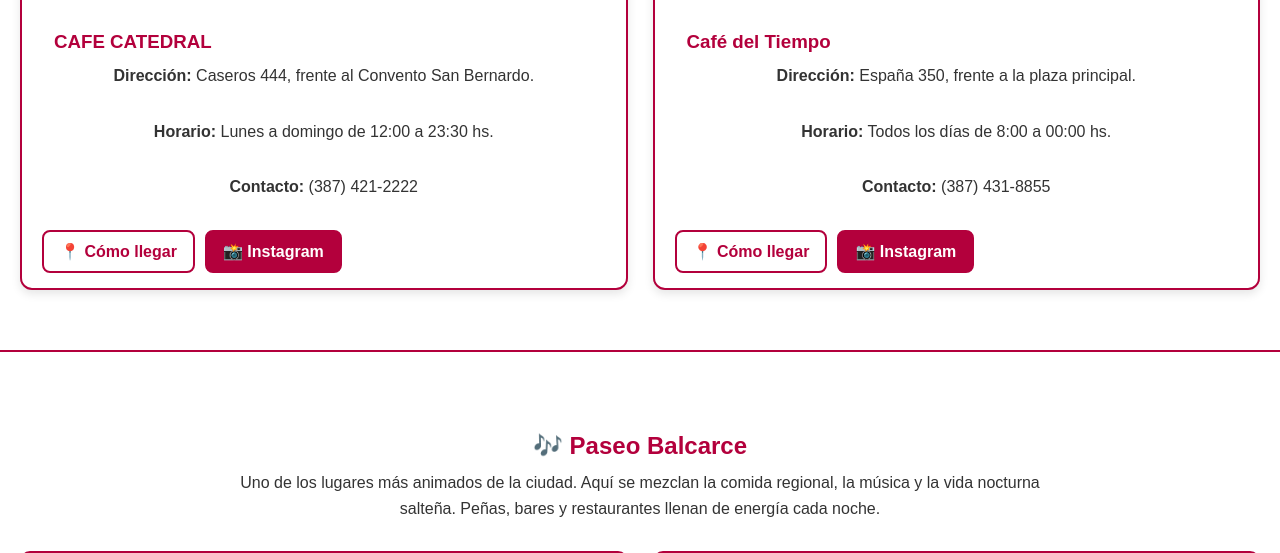
Repository: nahir95/come-en-salta
Page: restaurantes.html
An editor plug-in stored every save of this project. The page is shown before and after the next save, followed by the edit.
The browser window is 1280 px wide. The pictures show the part of the page from y = 735 to 1288 px (the page is 3278 px tall).
Pictures or frames that could not be fetched are drawn as grey boxes.

Above is the page before, as saved 2025-11-11 14:41:51.

After the next save:
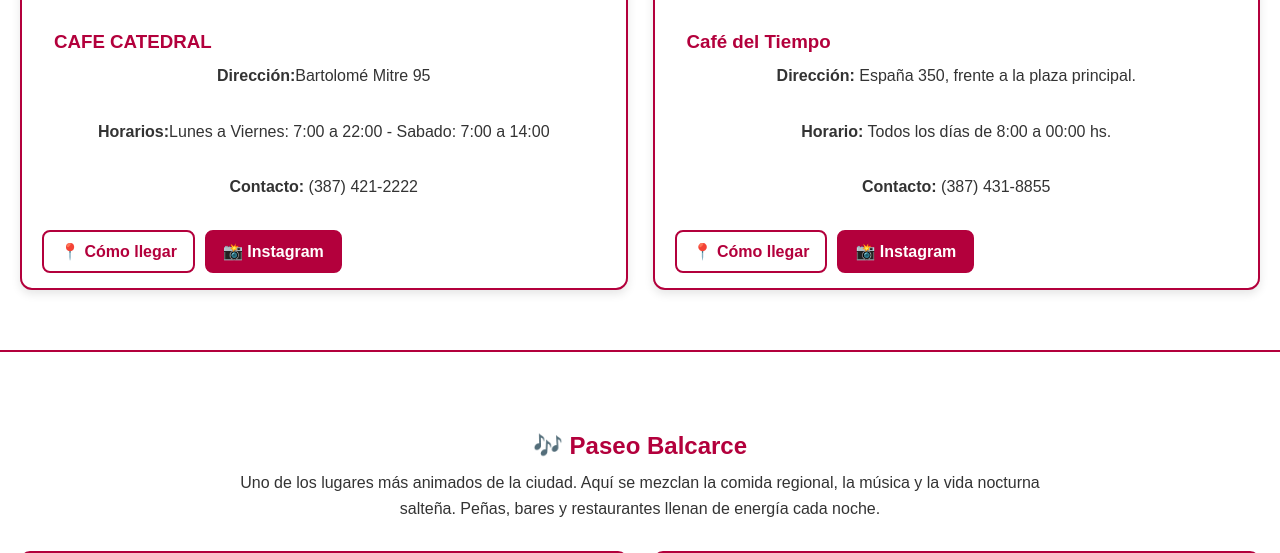
Saved 2 min 29 s later.
--- a/restaurantes.html
+++ b/restaurantes.html
@@ -36,8 +36,8 @@
       <img src="https://images.unsplash.com/photo-1555993539-1732b0258235?w=800" alt="El Solar del Convento">
       <div class="card-content">
         <h3>CAFE CATEDRAL</h3>
-        <p><strong>Dirección:</strong> Caseros 444, frente al Convento San Bernardo.</p>
-        <p><strong>Horario:</strong> Lunes a domingo de 12:00 a 23:30 hs.</p>
+        <p><strong>Dirección:</strong>Bartolomé Mitre 95</p>
+        <p><strong>Horarios:</strong>Lunes a Viernes: 7:00 a 22:00 - Sabado: 7:00 a 14:00</p>
         <p><strong>Contacto:</strong> (387) 421-2222</p>
         <div class="btns-resto">
           <a href="https://maps.app.goo.gl/N27FRXKxGQz9X1E58" target="_blank" class="btn">📍 Cómo llegar</a>
